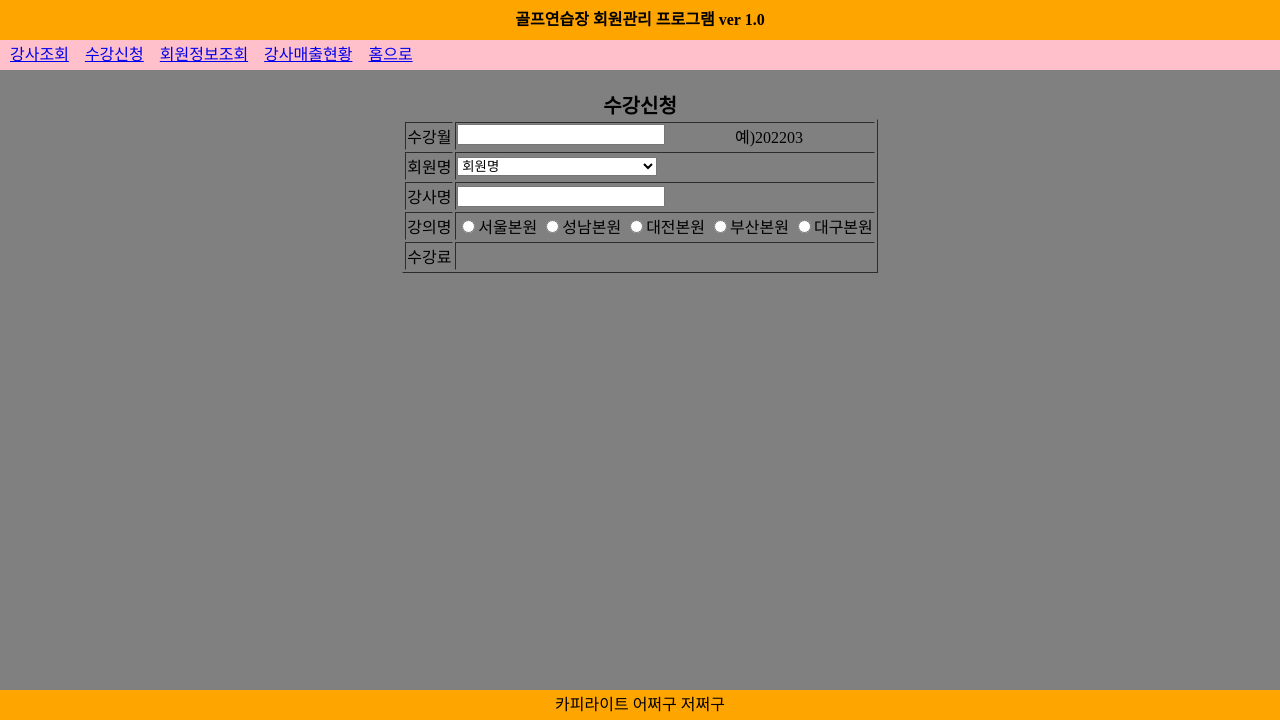
Repository: wjdwlgns1101/school_hrd
Page: http://localhost/hrd_30111_1_/insert.jsp
An editor plug-in stored every save of this project. The page is shown before and after the next save, followed by the edit.
The browser window is 1280 px wide. The pictures show the whole page.
The page is served by Tomcat 9. The database holds what the project's SQL file puts in it.

Above is the page before, as saved 2024-05-12 09:03:37.

After the next save:
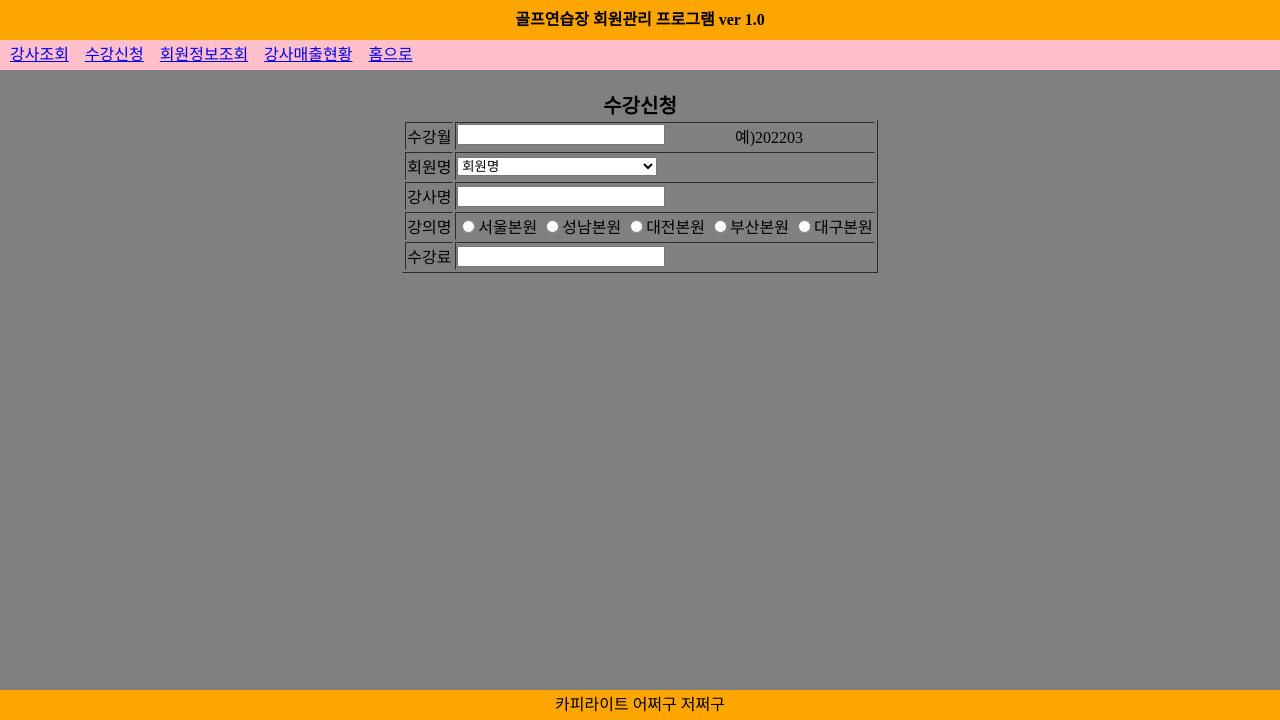
Saved 84 s later.
--- a/hrd_30111_(1)/hrd_30111(1)/src/main/webapp/insert.jsp
+++ b/hrd_30111_(1)/hrd_30111(1)/src/main/webapp/insert.jsp
@@ -50,7 +50,7 @@
 </tr>
 <tr>
 	<td style="text-align: center;"> 수강료 </td>
-	<td>
+	<td><input type="text" name="class_price" style="width: 200px; float: left;"></td>
 
 	</td>
 </tr>
